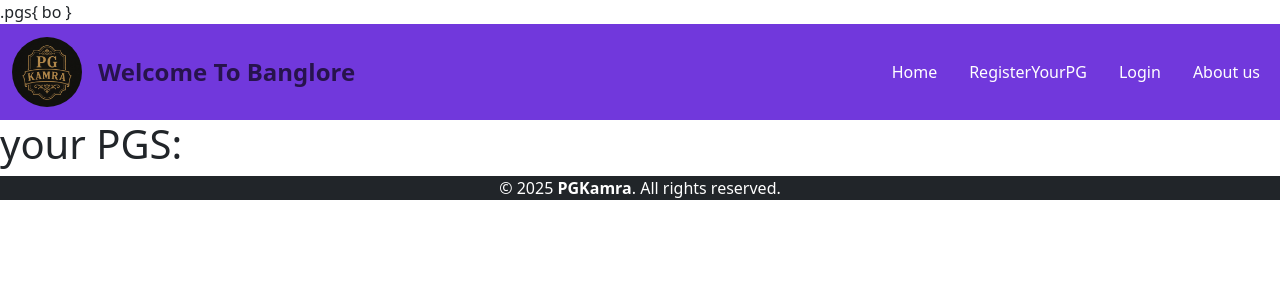
Repository: KUKATIDINESH/pgfinder
Page: mainapp/templates/pglist_for_modification.html
These files come from the project's save history. The page is drawn as it stood at one moment and after a run of saves; the edit follows.
The browser window is 1280 px wide. The pictures show the whole page.
The page is served by the project's application, run on Django 5.2 (manage.py). Other server files are loaded and not shown. The template is opened directly, without the code that normally fills it, so the values that code supplies are empty.

Above is the page before, as saved 2025-07-08 12:03:14.

### PgFinder/mainapp/templates/pglist_for_modification.html
{% extends 'base.html' %}
{% block title %}HOME{% endblock %}

{% block extra_css %}
.pgs{
    bo
}
{% endblock extra_css %}


{% block content %}
<h1>your PGS:</h1>
<div clss="pgs">
{% for pg in pgs %}


 <p><b>PGname</b>:{{pg.pgname}}</p>
    <p><b>PG owner name </b>:{{pg.ownername}}</p><br>

{% endfor %}
</div>
{% endblock content %}

{% block extra_js %}

 {% endblock extra_js %}

### PgFinder/mainapp/templates/base.html
{% load static %}
<!DOCTYPE html>
<html lang="en">
<head>
  <meta charset="UTF-8">
  <meta name="viewport" content="width=device-width, initial-scale=1.0">
  <title>{% block title %}PGFR{% endblock %}</title>
       <link href="https://cdn.jsdelivr.net/npm/bootstrap@5.3.3/dist/css/bootstrap.min.css" rel="stylesheet">
  {% block extra_css %}
  <style>
    body{
      height: 50vh;
    }
  </style>
  {% endblock extra_css %}
</head>
<body>


  {% include 'nav.html' %}


  {% block content %}


  {% endblock content %}
<footer class="bg-dark text-white" style="background-color: rgb(113, 56, 220);  ">
  <div class="container text-center">
    <p class="mb-0">&copy; 2025 <strong>PGKamra</strong>. All rights reserved.</p>
  </div>
</footer>
    <script src="https://cdn.jsdelivr.net/npm/bootstrap@5.3.3/dist/js/bootstrap.bundle.min.js"></script>
 {% block extra_js %}

 {% endblock extra_js %}
</body>
</html>

### PgFinder/mainapp/templates/nav.html
 {% load static %}
 <nav class="navbar navbar-expand-lg navbar-light  position-relative" style="background-color: rgb(113, 56, 220);">
        <div class="container-fluid">
            <!-- Left: Logo -->
            <a class="navbar-brand" href="#">
                <img src="{% static 'images/logo.jpg' %}" alt="Logo" height="70" width="70" style="border-radius: 50%;">
            </a>

            <!-- Center: Website Name -->
            <div class="navbar-center d-none d-lg-block">
                <span class="navbar-text fw-bold fs-4">Welcome To Banglore</span>
            </div>

            <!-- Right: Navigation links -->
            <div class="ms-auto">
                <ul class="navbar-nav d-flex flex-row gap-3">
                    <li class="nav-item">
                            <a class="nav-link text-white" href="{% url 'home' %}">Home</a>
                        </li>
                    <li class="nav-item">
                        <a class="nav-link text-white" href="{% url 'pgregister' %}">RegisterYourPG</a>
                    </li>
                    {% if user.is_authenticated %}
                        <li class="nav-item">
                            <a class="nav-link text-white" href="{% url 'logout' %}">Logout</a>
                        </li>
                    {% else %}
                        <li class="nav-item">
                            <a class="nav-link text-white" href="{% url 'login' %}">Login</a>
                        </li>
                    {% endif %}
                    <li class="nav-item">
                            <a class="nav-link text-white" href="{% url 'aboutus' %}">About  us</a>
                    </li>

                </ul>
            </div>
        </div>
    </nav>

### PgFinder/PgFinder/urls.py
"""
URL configuration for PgFinder project.

The `urlpatterns` list routes URLs to views. For more information please see:
    https://docs.djangoproject.com/en/5.1/topics/http/urls/
Examples:
Function views
    1. Add an import:  from my_app import views
    2. Add a URL to urlpatterns:  path('', views.home, name='home')
Class-based views
    1. Add an import:  from other_app.views import Home
    2. Add a URL to urlpatterns:  path('', Home.as_view(), name='home')
Including another URLconf
    1. Import the include() function: from django.urls import include, path
    2. Add a URL to urlpatterns:  path('blog/', include('blog.urls'))
"""
from django.conf import settings
from django.conf.urls.static import static

from django.contrib import admin
from django.urls import path,include

urlpatterns = [
    path('admin/', admin.site.urls),
    path('',include('authentication.urls')),
    path('main/',include('mainapp.urls'))
]

if settings.DEBUG:
    urlpatterns += static(settings.MEDIA_URL, document_root=settings.MEDIA_ROOT)

### PgFinder/authentication/urls.py
from django.urls import path
from . import views
urlpatterns=[
    path('login',views.user_login,name='login'),
    path('signin',views.signin,name='signin'),
    path('logout',views.user_logout,name='logout'),
#     path('',views.home,name='home')
    ]

### PgFinder/mainapp/urls.py
from django.urls import path
from . import views
urlpatterns=[
    path('home',views.home,name='home'),
    path('display_all_pg_details/<str:area>/<str:rent>/',views.display_all_pg_details,name='display_all_pg_details'),
    path('aboutus',views.about_us,name='aboutus'),
    path('pgregister',views.PGregister,name='pgregister'),
    path('pgdetails/<int:pk>',views.pg_details,name='pgdetails'),
    path('modifypg',views.pg_modify,name='modifypg'),
    path('pglist_for_modification',views.pglist_for_modify,name='pglist_for_modification'),

]

After the next 3 saves:
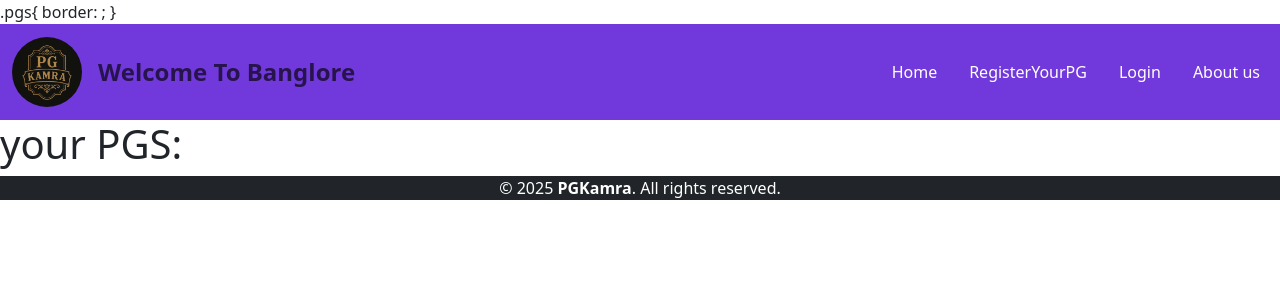
The 3 saves are shown as one change because they came seconds apart.
The last was saved 6 s later.
--- a/PgFinder/mainapp/templates/pglist_for_modification.html
+++ b/PgFinder/mainapp/templates/pglist_for_modification.html
@@ -3,7 +3,7 @@
 
 {% block extra_css %}
 .pgs{
-    bo
+    border: ;
 }
 {% endblock extra_css %}
 
